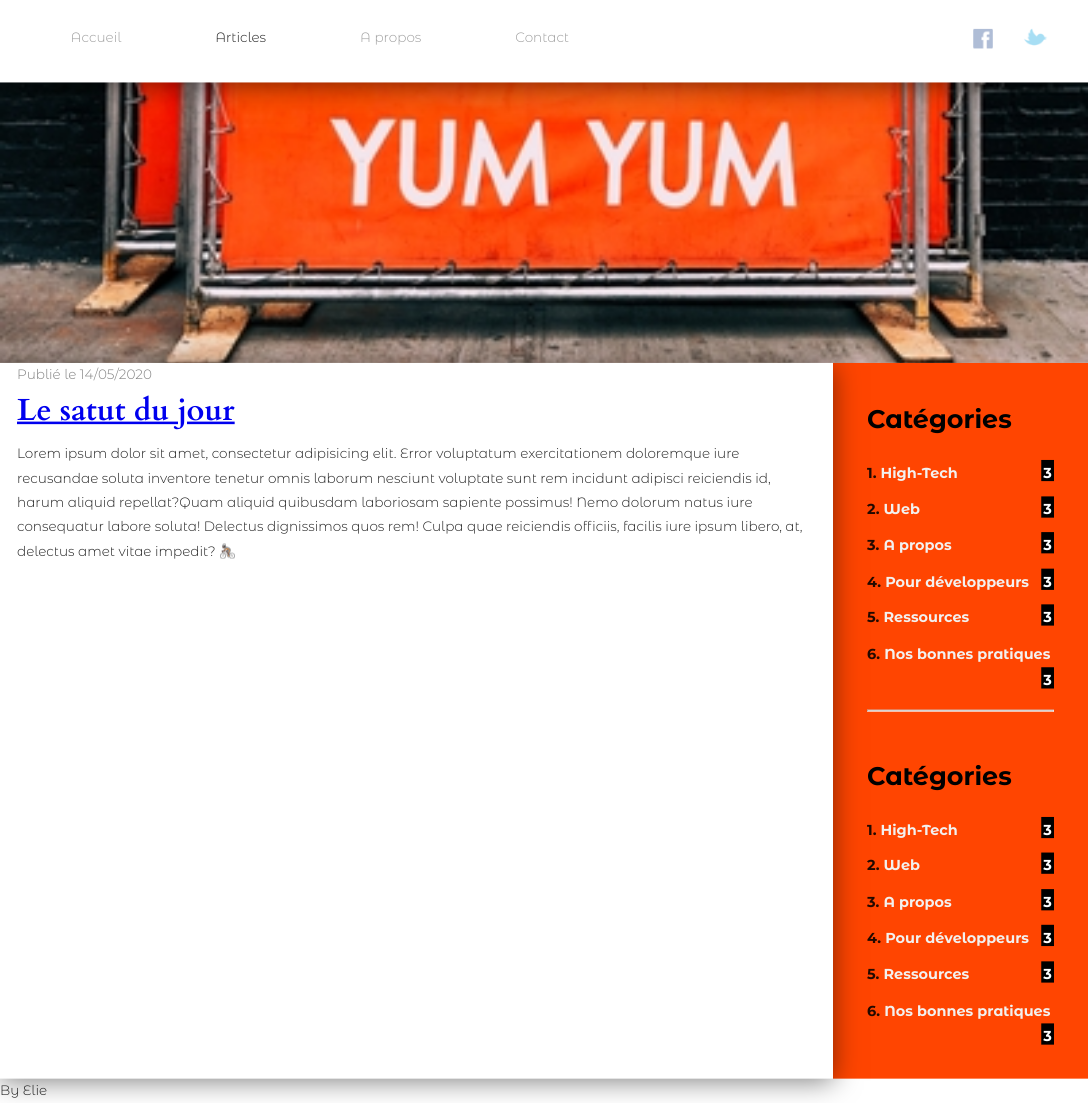
Repository: Elie-Dey/blog-train
Page: article.html
An editor plug-in stored every save of this project. The page is shown before and after the next save, followed by the edit.
The browser window is 1280 px wide. The pictures show the whole page, at 85% of full size.

Above is the page before, as saved 2020-06-17 23:38:55.

After the next save:
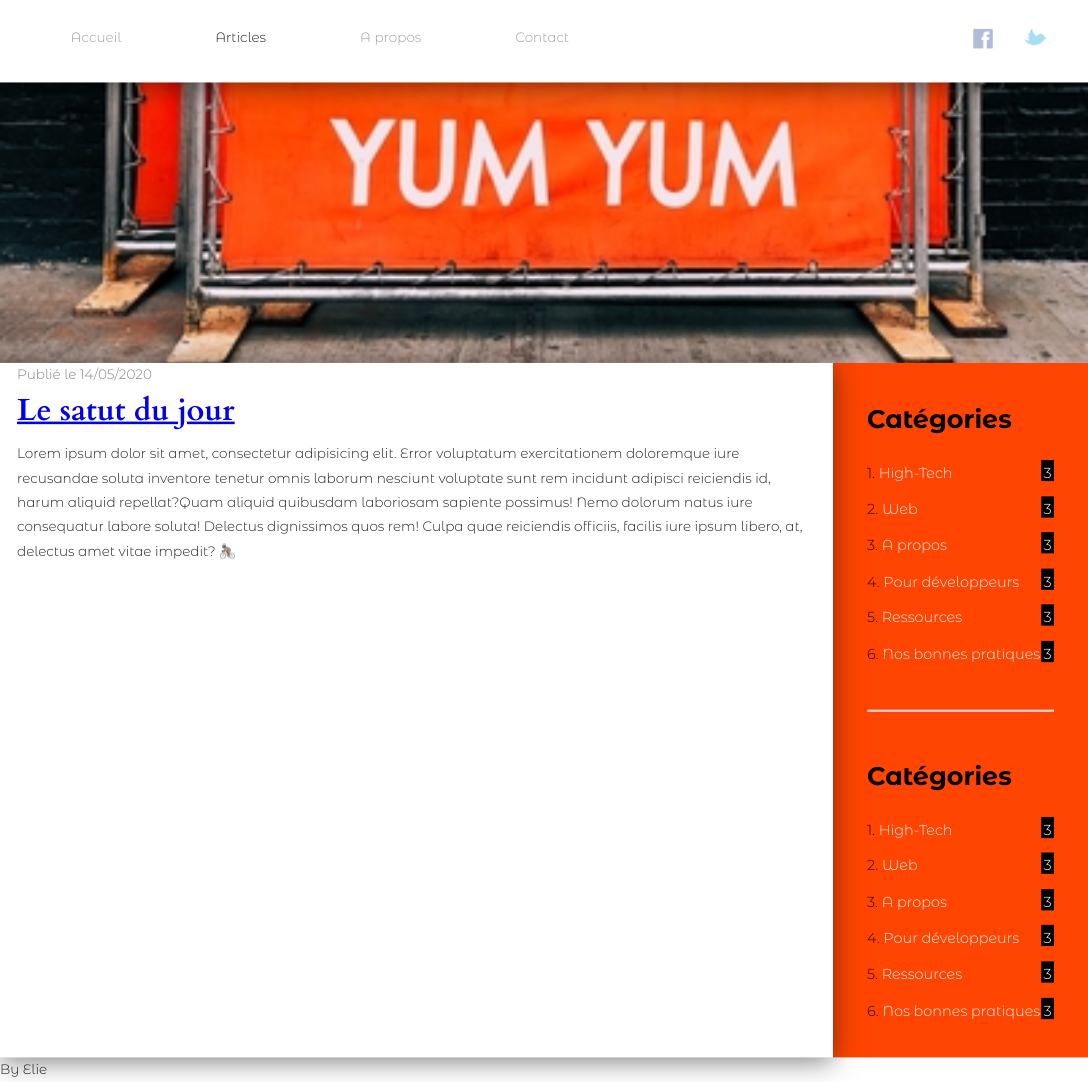
Saved 56 s later.
--- a/style.css
+++ b/style.css
@@ -92,7 +92,7 @@ body, html
     width: 300px;
     padding: 40px;
     font-size: 17px;
-    font-weight: 700;
+    font-weight: 300;
     position: relative;
     z-index: 1;
 }
